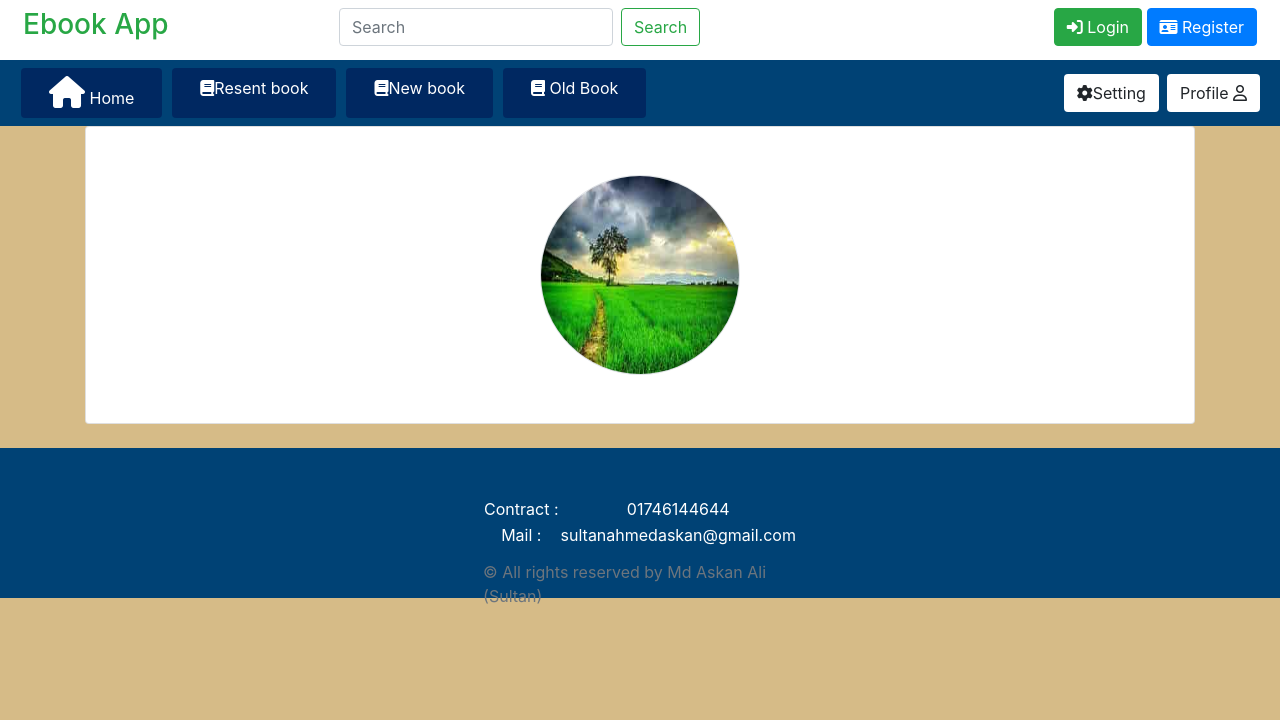
Repository: sultanaskan/EbookApp
Page: http://localhost/ebook/profile.jsp
These files come from the project's save history. The page is drawn as it stood at one moment and after the next save; the edit follows.
The browser window is 1280 px wide. The pictures show the whole page.
The page is served by Tomcat 9.

Above is the page before, as saved 2024-05-06 08:01:57.

After the next save:
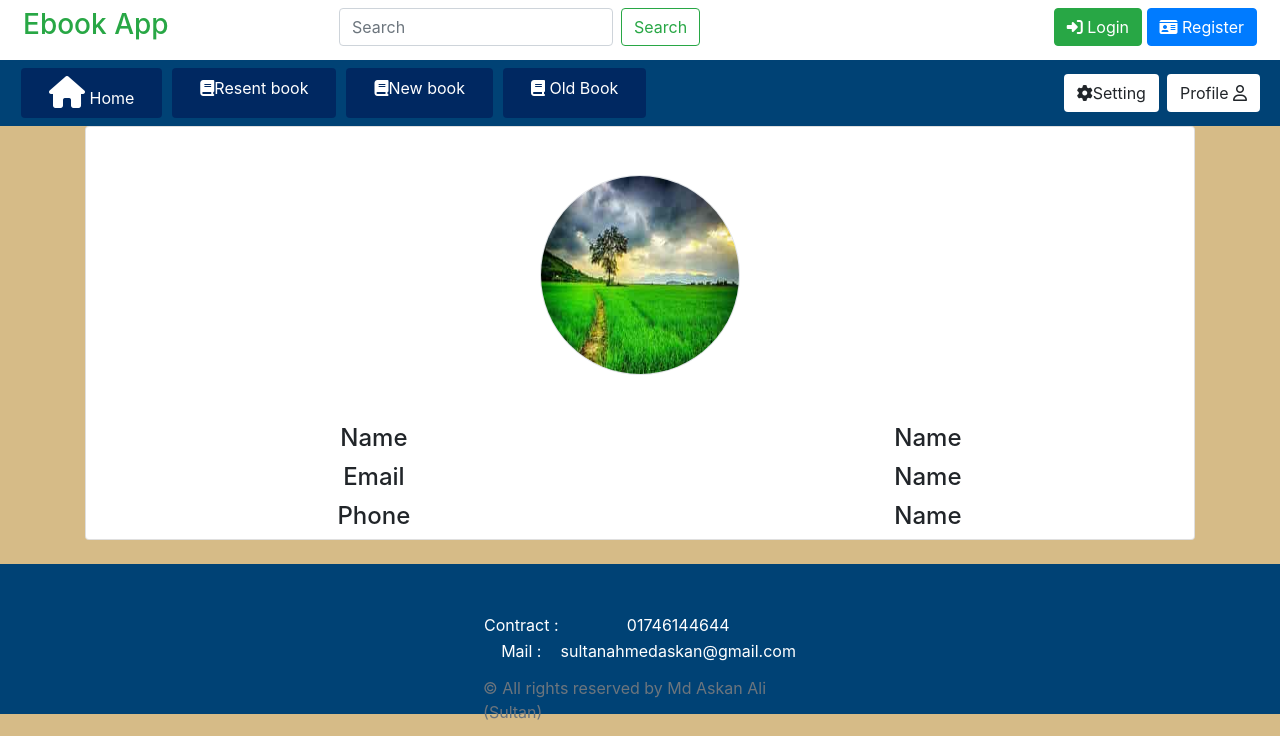
Saved 2 min 12 s later.
--- a/ebook/src/main/webapp/profile.jsp
+++ b/ebook/src/main/webapp/profile.jsp
@@ -31,6 +31,21 @@
 
 			</div>
 
+			<table>
+				<tr>
+					<td><h4>Name</h4></td>
+					<td><h4>Name</h4></td>
+				</tr>
+				<tr>
+					<td><h4>Email</h4></td>
+					<td><h4>Name</h4></td>
+				</tr>
+				<tr>
+					<td><h4>Phone</h4></td>
+					<td><h4>Name</h4></td>
+				</tr>
+			</table>
+
 		</div>
 
 	</div>
